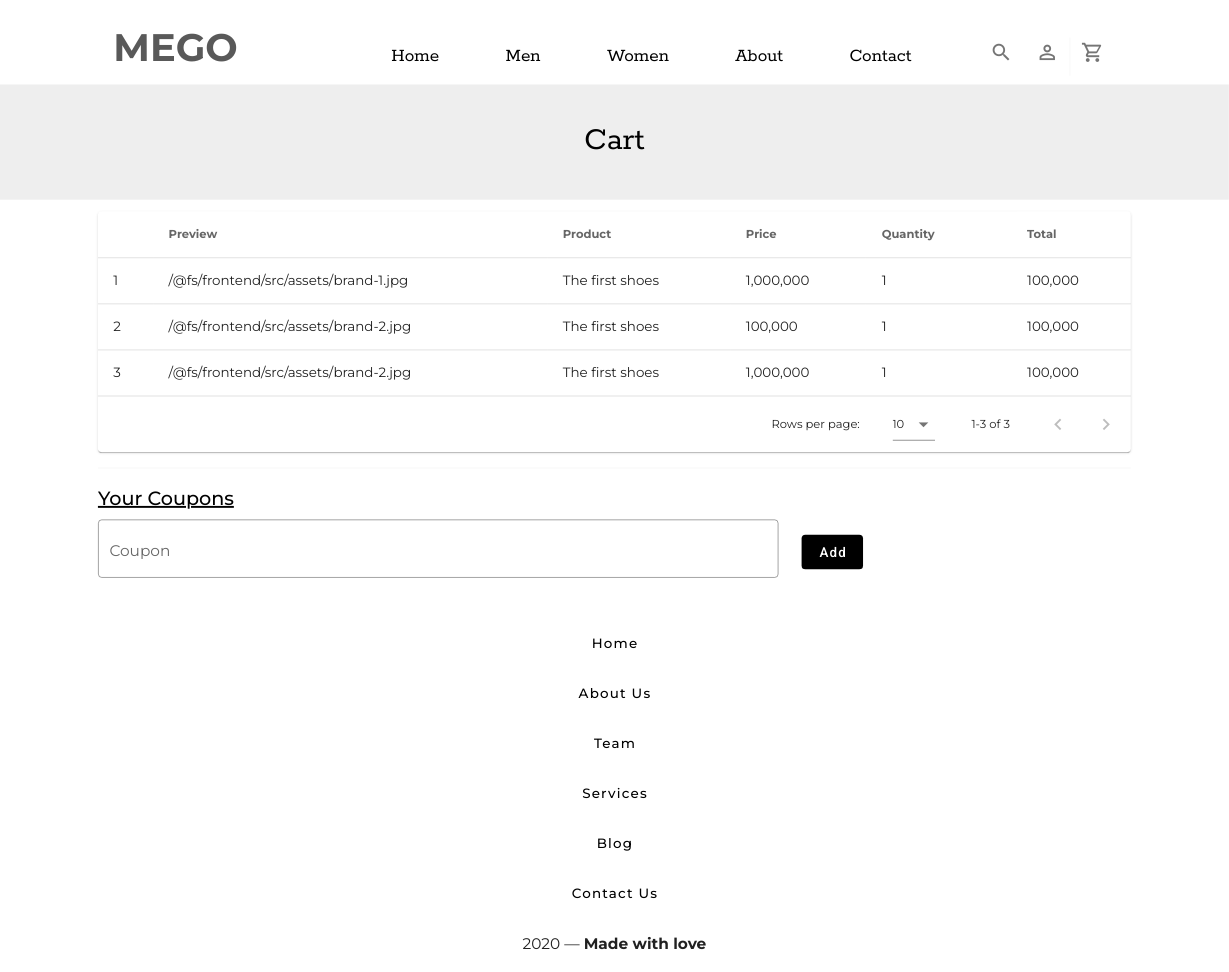
Repository: nguyenphuong152/shoesstore
Page: /cart (app in frontend/)
The author's editor kept a copy of each file at every save. The page is drawn from the files as they stood at one save, then again after the next save.
The browser window is 1280 px wide. The pictures show the whole page, at 96% of full size.
The project was rebuilt for these pictures with package versions that can differ from the ones it lists, and the page was loaded fresh each time. Also part of the build but not shown: frontend/vue.config.js, frontend/src/components/Customer/Collection.vue, frontend/src/components/Customer/Banner.vue, frontend/src/components/Customer/BestSeller.vue, frontend/src/components/Customer/Partner.vue, frontend/src/views/Customer/Home.vue, frontend/src/components/Customer/ProductCategory.vue, frontend/src/components/Customer/ProductView.vue and 10 more. Imported but missing from the stored project, and not drawn on this page: frontend/src/views/Admin/Category.vue, frontend/src/views/Admin/ManageProduct.vue, frontend/src/views/Admin/ManageUser.vue, frontend/src/views/Admin/OrderList.vue.

Above is the page before, as saved 2020-11-28 10:19:57.

After the next save:
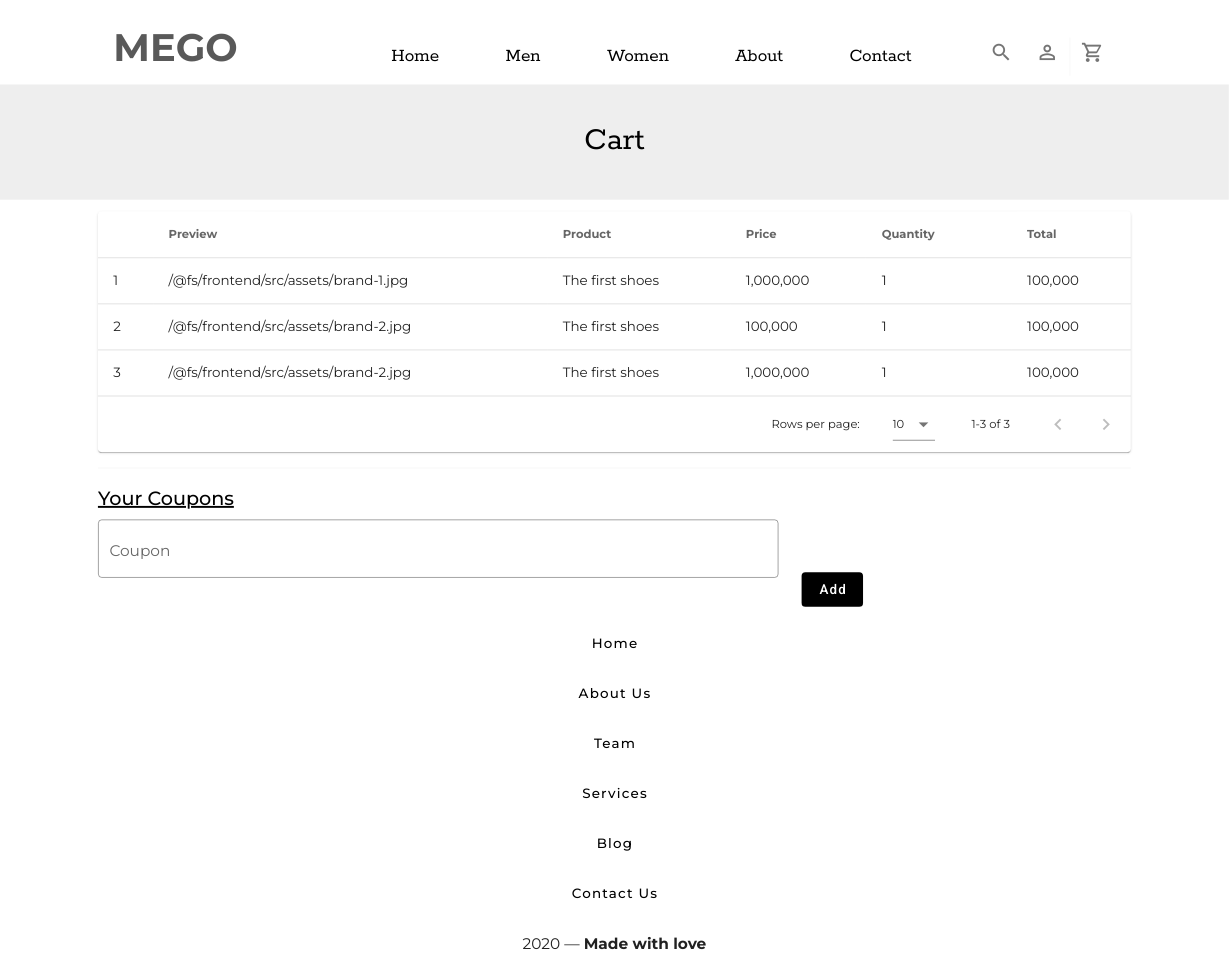
Saved 28 s later.
--- a/frontend/src/components/Customer/AddCoupon.vue
+++ b/frontend/src/components/Customer/AddCoupon.vue
@@ -1,7 +1,7 @@
 <template>
   <div class="app text-start">
       <a class="admin-nav font-weight-medium black--text">Your Coupons</a>
-      <v-row class="d-flex align-baseline">
+      <v-row class="d-flex align-end">
            <v-col
           cols="8"
         >

After the save that followed:
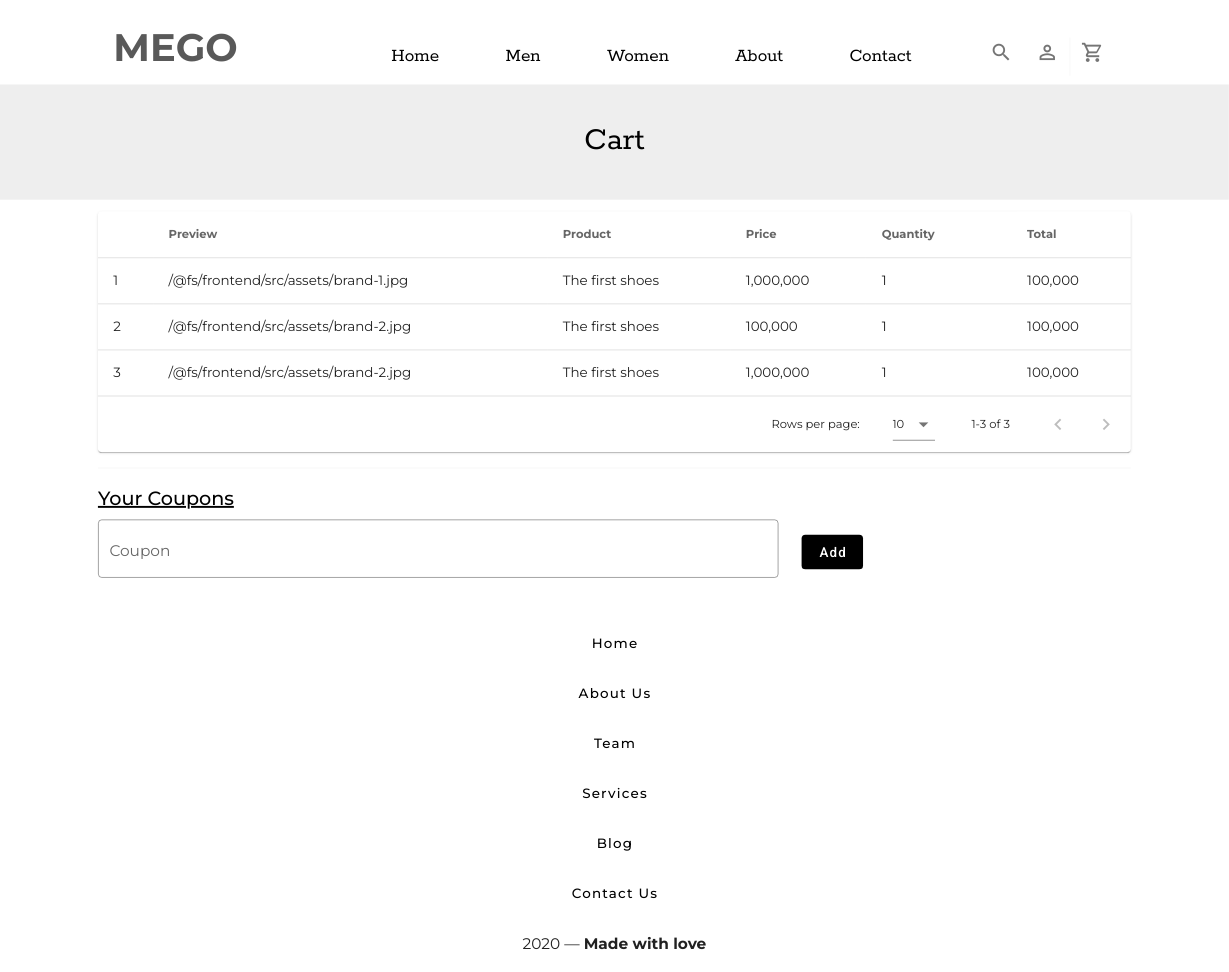
Saved 7 s later.
--- a/frontend/src/components/Customer/AddCoupon.vue
+++ b/frontend/src/components/Customer/AddCoupon.vue
@@ -1,7 +1,7 @@
 <template>
   <div class="app text-start">
       <a class="admin-nav font-weight-medium black--text">Your Coupons</a>
-      <v-row class="d-flex align-end">
+      <v-row class="d-flex align-baseline">
            <v-col
           cols="8"
         >
